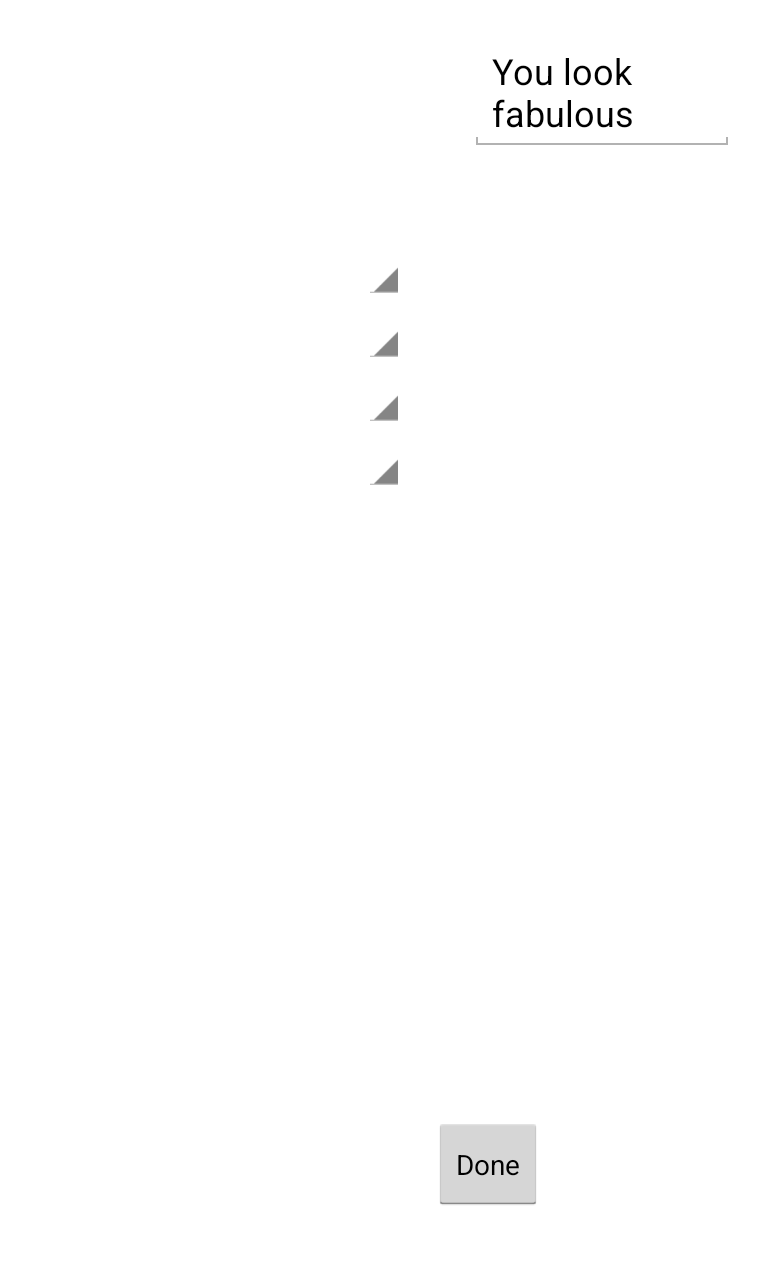
Repository: rtyanas/MyPics
Layout: workspace/MyPic/res/layout/activity_settings.xml
These files come from the project's save history. The layout is drawn as it stood at one moment and after the next save; the edit follows.
It is drawn on a 768 x 1280 px phone screen (xhdpi) without system bars, with theme AppTheme; the app's code is not run.

Above is the layout before, as saved 2013-12-16 22:57:28.

### workspace/MyPic/res/layout/activity_settings.xml
<RelativeLayout xmlns:android="http://schemas.android.com/apk/res/android"
    xmlns:tools="http://schemas.android.com/tools"
    android:id="@+id/message"
    android:layout_width="match_parent"
    android:layout_height="match_parent"
    android:paddingBottom="@dimen/activity_vertical_margin"
    android:paddingLeft="@dimen/activity_horizontal_margin"
    android:paddingRight="@dimen/activity_horizontal_margin"
    android:paddingTop="@dimen/activity_vertical_margin"
    tools:context=".SettingsActivity" >

    <Spinner
        android:id="@+id/rotate"
        android:layout_width="wrap_content"
        android:layout_height="wrap_content"
        android:layout_alignLeft="@+id/color"
        android:layout_below="@+id/color" />

    <Spinner
        android:id="@+id/color"
        android:layout_width="wrap_content"
        android:layout_height="wrap_content"
        android:layout_alignLeft="@+id/style"
        android:layout_below="@+id/style" />

    <Spinner
        android:id="@+id/style"
        android:layout_width="wrap_content"
        android:layout_height="wrap_content"
        android:layout_alignLeft="@+id/font"
        android:layout_below="@+id/font" />

    <Spinner
        android:id="@+id/font"
        android:layout_width="wrap_content"
        android:layout_height="wrap_content"
        android:layout_below="@+id/editText1"
        android:layout_centerHorizontal="true"
        android:layout_marginTop="42dp" />

    <Button
        android:id="@+id/done"
        style="?android:attr/buttonStyleSmall"
        android:layout_width="wrap_content"
        android:layout_height="wrap_content"
        android:layout_alignLeft="@+id/rotate"
        android:layout_alignParentBottom="true"
        android:layout_marginBottom="18dp"
        android:layout_marginLeft="35dp"
        android:text="@string/done" />

    <EditText
        android:id="@+id/editText1"
        android:layout_width="wrap_content"
        android:layout_height="wrap_content"
        android:layout_alignLeft="@+id/done"
        android:layout_alignParentTop="true"
        android:layout_marginLeft="18dp"
        android:ems="10"
        android:text="@string/fabulous" />

</RelativeLayout>

### workspace/MyPic/res/values/strings.xml
<?xml version="1.0" encoding="utf-8"?>
<resources>

    <string name="app_name">MyPic</string>
    <string name="action_settings">Settings</string>
    <string name="hello_world">Hello world!</string>
    <string name="fabulous">You look fabulous</string>
    <string name="my_pic_image">myPic Image</string>
    <string name="get_image">Get Image</string>
    <string name="title_activity_get_image">GetImageActivity</string>
    <string name="title_activity_settings">SettingsActivity</string>
    <string name="init_text">You are fabulous</string>
    <string name="done">Done</string>

</resources>

Loaded but not shown: workspace/MyPic/res/values/styles.xml (common file); workspace/MyPic/res/values-v11/styles.xml (common file); workspace/MyPic/res/values-v14/styles.xml (common file); workspace/MyPic/res/values/dimens.xml (common file)

After the next save:
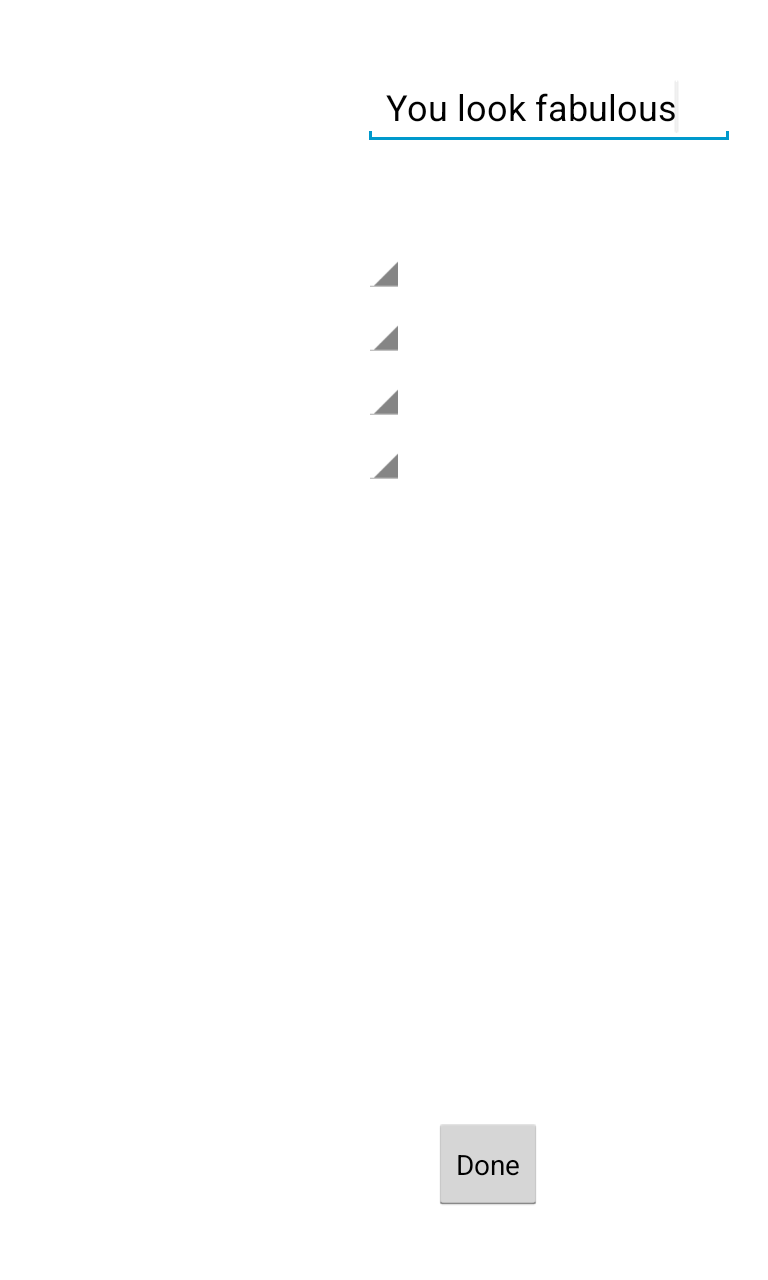
Saved 17 h 16 min later.
--- a/workspace/MyPic/res/layout/activity_settings.xml
+++ b/workspace/MyPic/res/layout/activity_settings.xml
@@ -53,10 +53,13 @@
         android:id="@+id/editText1"
         android:layout_width="wrap_content"
         android:layout_height="wrap_content"
-        android:layout_alignLeft="@+id/done"
+        android:layout_alignLeft="@+id/font"
         android:layout_alignParentTop="true"
-        android:layout_marginLeft="18dp"
+        android:layout_marginTop="18dp"
         android:ems="10"
-        android:text="@string/fabulous" />
+        android:text="@string/fabulous" >
+
+        <requestFocus />
+    </EditText>
 
 </RelativeLayout>
